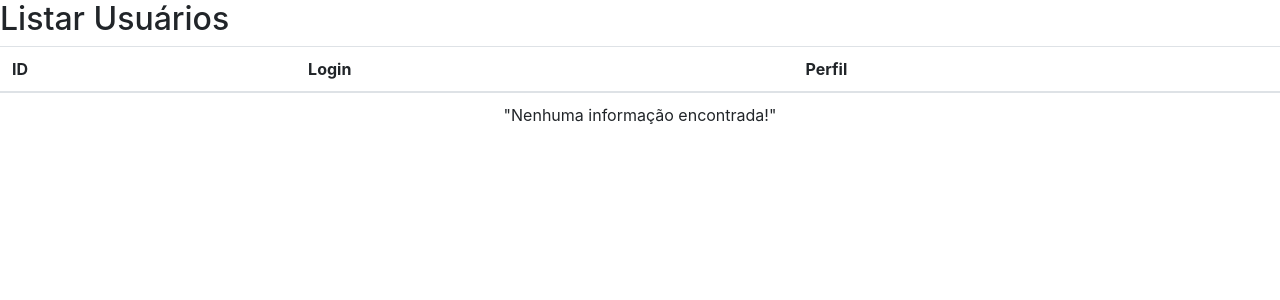
Repository: eduardo-r-jesus/Projeto_Centro_Cirurgico
Page: http://localhost/centro_cirurgico_web/formListaPainel.jsp
An editor plug-in stored every save of this project. The page is shown before and after the next save, followed by the edit.
The browser window is 1280 px wide. The pictures show the whole page.
The page is served by Tomcat 9. Queries for data that is not in the repository find no rows.

Above is the page before, as saved 2021-09-07 16:17:46.

After the next save:
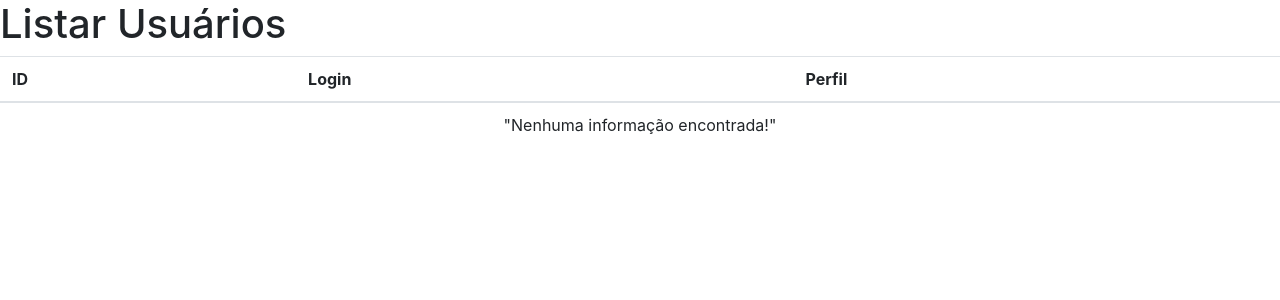
Saved 6 s later.
--- a/centro_cirurgico_web/src/main/webapp/formListaPainel.jsp
+++ b/centro_cirurgico_web/src/main/webapp/formListaPainel.jsp
@@ -12,7 +12,7 @@
 <link rel="stylesheet" href="css/estilo.css">
 </head>
 
-<h2>Listar Usuários</h2>
+<h1>Listar Usuários</h1>
 
 <table class="table table-hover">
 	<thead>

After the save that followed:
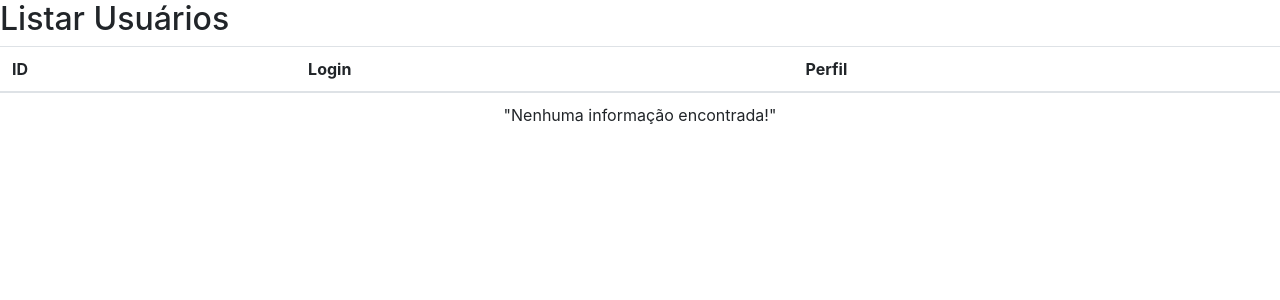
Saved 8 s later.
--- a/centro_cirurgico_web/src/main/webapp/formListaPainel.jsp
+++ b/centro_cirurgico_web/src/main/webapp/formListaPainel.jsp
@@ -12,7 +12,7 @@
 <link rel="stylesheet" href="css/estilo.css">
 </head>
 
-<h1>Listar Usuários</h1>
+<h2>Listar Usuários</h2>
 
 <table class="table table-hover">
 	<thead>
